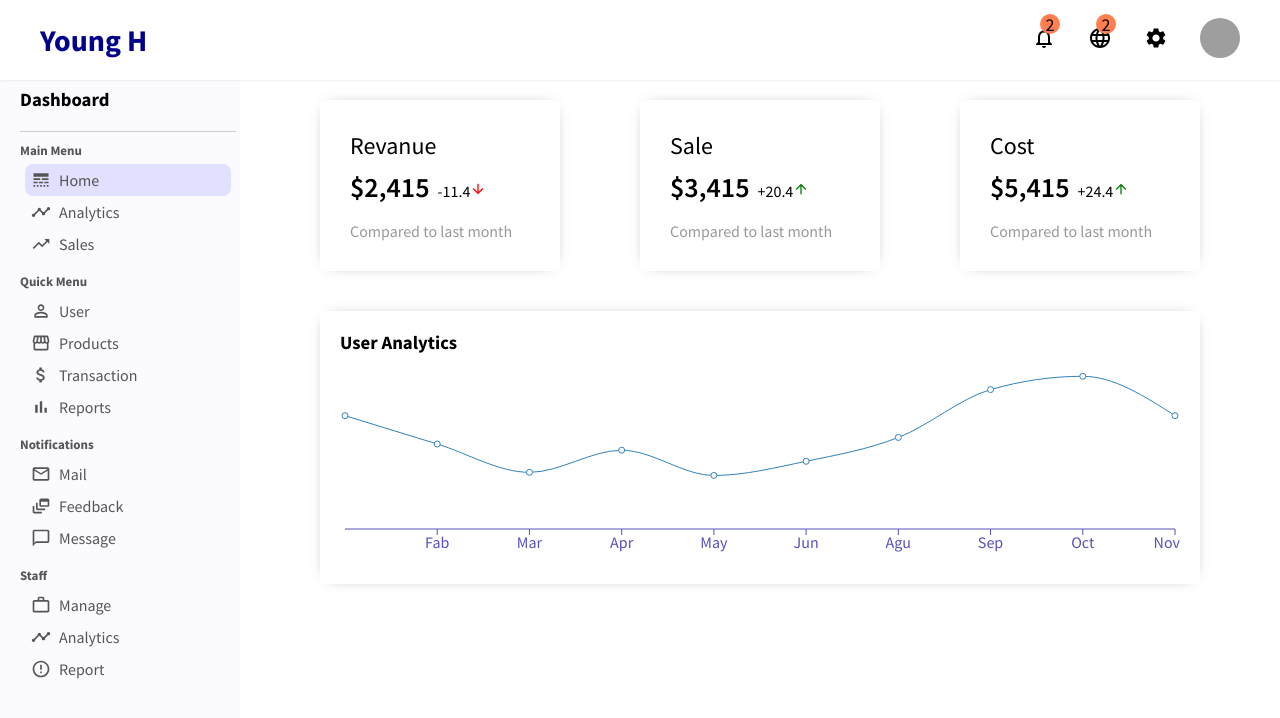
Repository: noname20011/admin
Page: /
The author's editor kept a copy of each file at every save. The page is drawn from the files as they stood at one save, then again after the next save.
The browser window is 1280 px wide. The pictures show the whole page.
Pictures or frames that could not be fetched are drawn as grey boxes. The project was rebuilt for these pictures with package versions that can differ from the ones it lists, and the page was loaded fresh each time.

Above is the page before, as saved 2021-11-13 11:40:22.

After the next save:
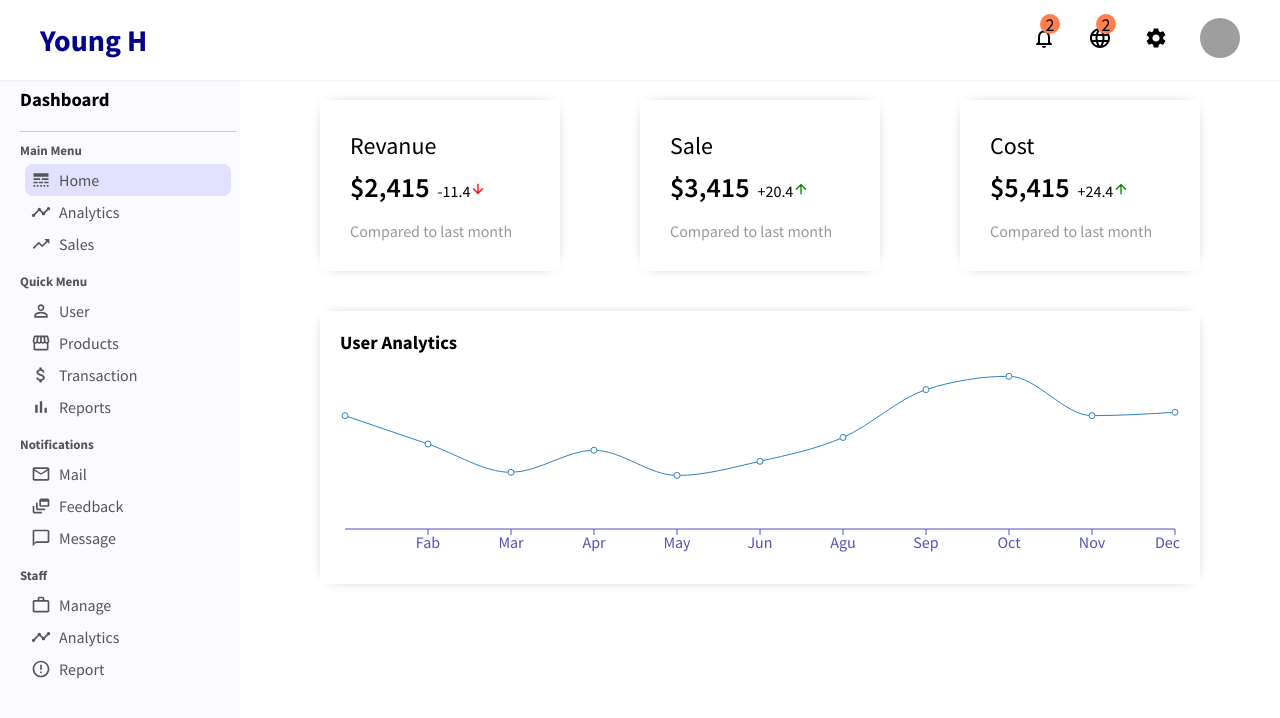
Saved 9 s later.
--- a/src/comopnents/chart/Chart.jsx
+++ b/src/comopnents/chart/Chart.jsx
@@ -47,6 +47,10 @@ export default function Chart() {
             name: 'Nov',
             "Active User": 4000,
         },
+        {
+            name: 'Dec',
+            "Active User": 4120,
+        },
         ];
 
     return (
